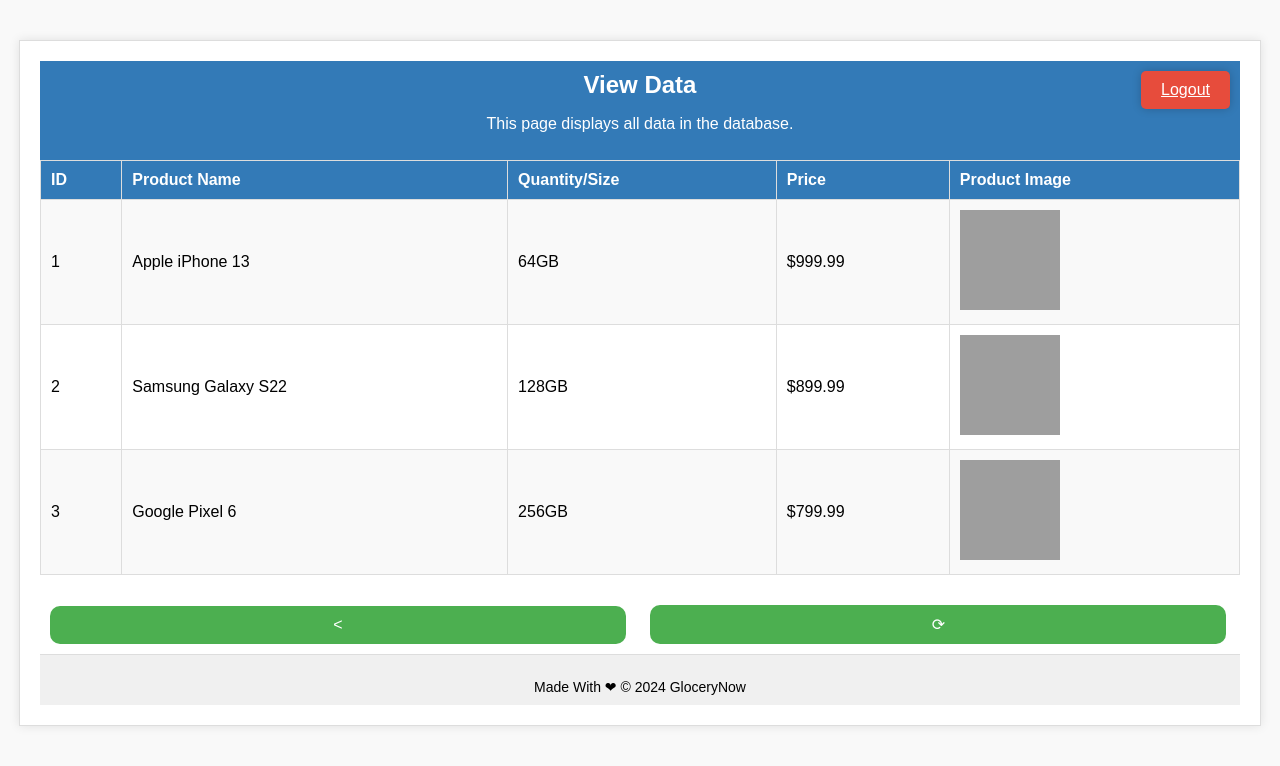
Repository: shamchiwade/GroceryNow
Page: http://localhost/ShopManagement/viewData.jsp
The author's editor kept a copy of each file at every save. The page is drawn from the files as they stood at one save, then again after the next save.
The browser window is 1280 px wide. The pictures show the whole page.
Pictures or frames that could not be fetched are drawn as grey boxes. The page is served by Tomcat 10. Nobody is signed in. The application's start-up code is not run. Other server files are loaded and not shown.

Above is the page before, as saved 2024-10-07 19:47:08.

### ShopManagement/src/main/webapp/viewData.jsp
<!-- viewData.jsp -->

<%@ page language="java" contentType="text/html; charset=UTF-8"
	pageEncoding="UTF-8"%>
<!DOCTYPE html>
<html>
<head>
<title>View Data</title>
<style>
body {
	font-family: Arial, sans-serif;
	margin: 0;
	padding: 0;
	background-color: #f9f9f9;
}

.admin-container {
	max-width: 1200px;
	margin: 40px auto;
	padding: 20px;
	background-color: #fff;
	border: 1px solid #ddd;
	box-shadow: 0 0 10px rgba(0, 0, 0, 0.1);
}

.admin-header {
	background-color: #337ab7;
	color: #fff;
	padding: 10px;
	text-align: center;
	border-bottom: 1px solid #337ab7;
	position: relative;
}

.admin-header h1 {
	margin-top: 0;
	font-size: 24px;
}

.logout-button {
	position: absolute;
	top: 10px;
	right: 10px;
	background-color: #e74c3c;
	color: #fff;
	padding: 10px 20px;
	border: none;
	font-size: 16px;
	cursor: pointer;
	border-radius: 5px;
	box-shadow: 0 0 10px rgba(0, 0, 0, 0.2);
}

.logout-button:hover {
	background-color: #c0392b;
}

.data-table {
	width: 100%;
	border-collapse: collapse;
	margin-bottom: 20px;
}

.data-table th, .data-table td {
	border: 1px solid #ddd;
	padding: 10px;
	text-align: left;
}

.data-table th {
	background-color: #337ab7;
	color: #fff;
}

.data-table tr:nth-child(even) {
	background-color: #f9f9f9;
}

.data-table tr:hover {
	background-color: #f2f2f2;
}

.admin-footer {
	background-color: #f0f0f0;
	padding: 10px;
	text-align: center;
	clear: both;
	border-top: 1px solid #ddd;
}

.admin-footer p {
	margin-bottom: 0;
	font-size: 14px;
}

.btn {
	padding: 10px 20px;
	border-radius: 10px;
	border: none;
	color: white;
	cursor: pointer;
	background-color: #4CAF50;
	width: 48%;
	font-size: 16px;
	margin: 10px;
}

.btn:hover {
	background-color: #3e8e41;
}
</style>
</head>
<body>
	<div class="admin-container">
		<div class="admin-header">
			<h1>View Data</h1>
			<p>This page displays all data in the database.</p>
			<a href="logout.jsp" class="logout-button">Logout</a>
		</div>
		<table class="data-table">
			<tr>
				<th>ID</th>
				<th>Product Name</th>
				<th>Quantity/Size</th>
				<th>Price</th>
				<th>Product Image</th>
			</tr>
			<tr>
				<td>1</td>
				<td>Apple iPhone 13</td>
				<td>64GB</td>
				<td>$999.99</td>
				<td><img src="https://example.com/iphone13.jpg" width="100"
					height="100"></td>
			</tr>
			<tr>
				<td>2</td>
				<td>Samsung Galaxy S22</td>
				<td>128GB</td>
				<td>$899.99</td>
				<td><img src="https://example.com/galaxys22.jpg" width="100"
					height="100"></td>
			</tr>
			<tr>
				<td>3</td>
				<td>Google Pixel 6</td>
				<td>256GB</td>
				<td>$799.99</td>
				<td><img src="https://example.com/pixel6.jpg" width="100"
					height="100"></td>
			</tr>
		</table>

		<button class="btn" onclick="location.href='adminHome.jsp'"><%="<"%></button>
		<button class="btn" onclick="location.href='viewData.jsp'">&#10227;</button>

		<div class="admin-footer">
			<p>Made With ❤ &copy; 2024 GloceryNow</p>
		</div>
	</div>
</body>
</html>

After the next save:
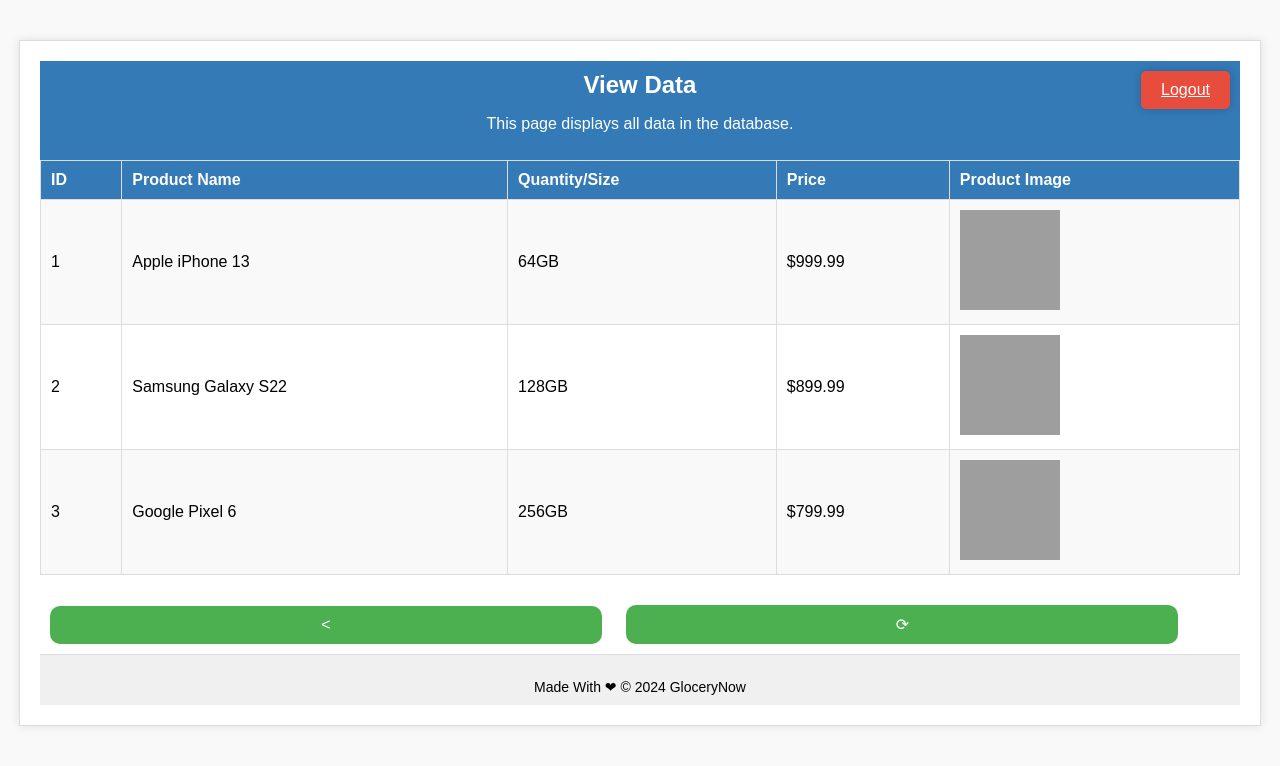
Saved 8 s later.
--- a/ShopManagement/src/main/webapp/viewData.jsp
+++ b/ShopManagement/src/main/webapp/viewData.jsp
@@ -100,7 +100,7 @@
 	color: white;
 	cursor: pointer;
 	background-color: #4CAF50;
-	width: 48%;
+	width: 46%;
 	font-size: 16px;
 	margin: 10px;
 }
